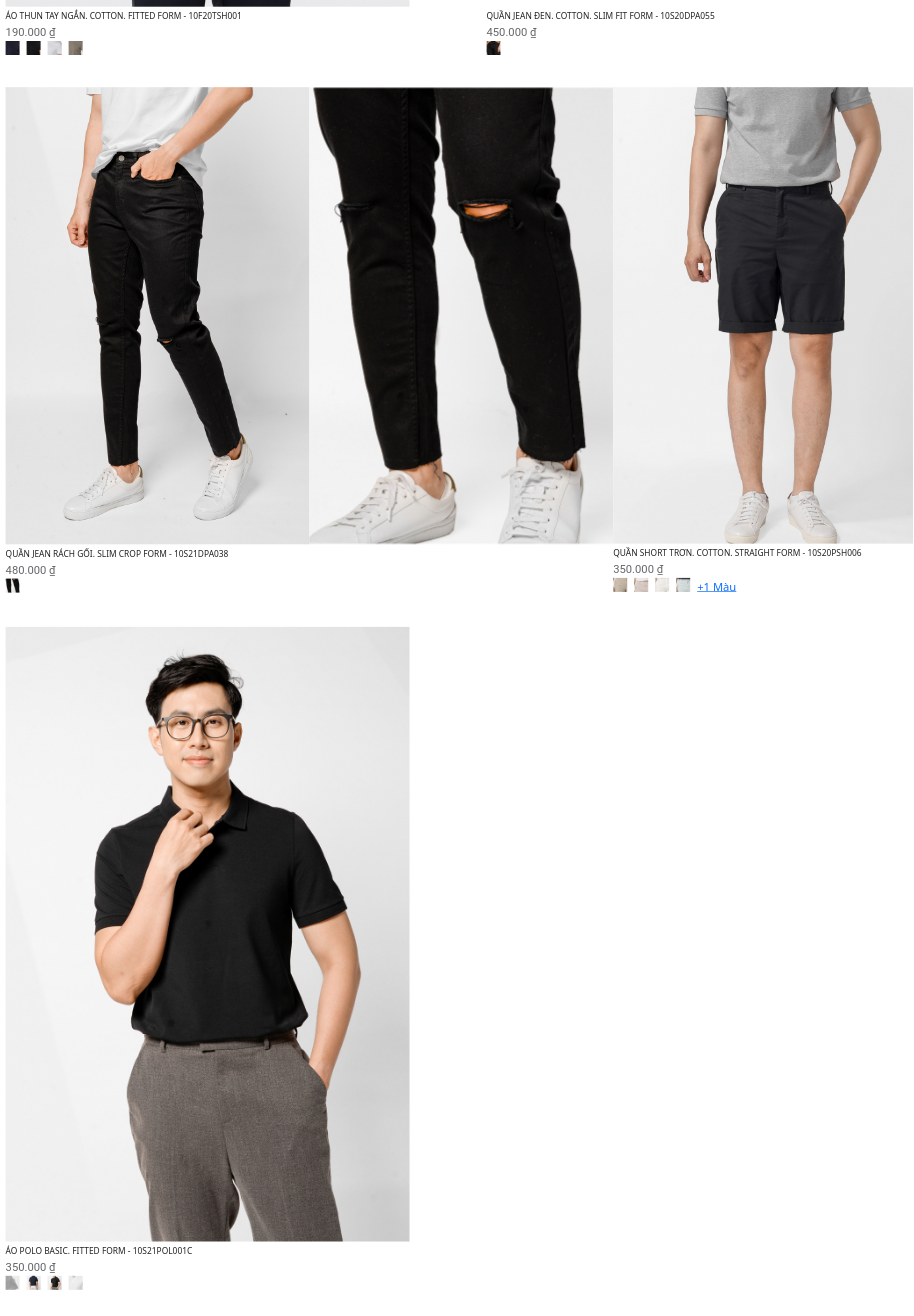
Repository: NguyenQuangQuan021099/FE_Page-Male
Page: Danh sách/page1.html
An editor plug-in stored every save of this project. The page is shown before and after the next save, followed by the edit.
The browser window is 1280 px wide. The page is 1305 px wide, so the pictures cover 1305 px, including what lies to the right of the window. The pictures show the part of the page from y = 3632 to 5512 px (the page is 5512 px tall), at 70% of full size.
Some web libraries are served in a nearby version.

Above is the page before, as saved 2021-07-02 11:42:05.

### Danh sách/page1.html
<!DOCTYPE html>
<html lang="en">
<head>
    <meta charset="UTF-8">
    <meta http-equiv="X-UA-Compatible" content="IE=edge">
    <meta name="viewport" content="width=device-width, initial-scale=1.0">
    <script src="https://kit.fontawesome.com/ce2ff1d6ed.js" crossorigin="anonymous"></script>
    <link href="https://cdn.jsdelivr.net/npm/bootstrap@5.0.1/dist/css/bootstrap.min.css" rel="stylesheet" integrity="sha384-+0n0xVW2eSR5OomGNYDnhzAbDsOXxcvSN1TPprVMTNDbiYZCxYbOOl7+AMvyTG2x" crossorigin="anonymous">
    <link rel="stylesheet" href="page1.css">
    <script src="https://code.jquery.com/jquery-3.6.0.min.js" integrity="sha256-/xUj+3OJU5yExlq6GSYGSHk7tPXikynS7ogEvDej/m4=" crossorigin="anonymous"></script>
    <title>Danh sách - Trang 1</title>
</head>
<body>
    <div class="product">
        <ol class="product product-list-items">

          <li class="product-item">
            <!-- begin quan jean rach -->
                <div class="product__item__info">
                    <a href=""><img src="./img/Quần Jean rách/mausac_mindigo_10f20dpa036__4__83540e42a567450e871f5e54799a25b4_1.jpg" alt="" srcset=""></a>
                    <div class="sub__div">
                        <a href="#" class="content"> Quần Jean rách. SLIM CROP Form - 10F20DPA036</a> <br>
                        <span class="price">480.000&nbsp;₫</span>
                        <div class="mini__img">
                          <a class="img__mini-1"  href="#">
                            <div class="sub__content">
                              M/INDIGO
                            </div>
                          </a>
                        </div>
                      </div>
                </div>
            <!-- end quan jean rach -->
          </li>

          <li class="product-item items">
            <!-- begin quan jean tron -->
                <div class="product__item__info">
                    <a href=""><img  src="./img/Quần Jean trơn/mausac_dgrey_10f20dpa045__3__f96be7eb755242d6a1bf9d6ed867b13b_1.jpg" ></a>
                      <div class="sub__div">
                        <a href="#" class="content"> Quần Jean trơn. SLIM form - 10F20DPA045</a> <br>
                        <span class="price">480.000&nbsp;₫</span>
                        <div class="mini__img">
                          <a class="img__mini-2" href="#">
                            <div class="sub__content">
                              D/GREY
                            </div>
                          </a>
                        </div>
                      </div>
                </div>
            <!-- end quan jean tron -->

            <!-- begin quan vai -->
                <div class="product__item__info">
                    <a href=""><img src="./img/Quần vải/dsc_5138_1.jpg" alt="Quần vải. SLIM CROP form - 10F20PFO024" ></a>
                    <div class="sub__div">
                      <a href="#" class="content"> Quần vải. SLIM CROP form - 10F20PFO024</a> <br>
                      <span class="price">390.000&nbsp;₫</span>
                      <div class="mini__img">
                        <a class="img__mini-3-1" href="#">
                          <div class="sub__content">
                            BLACK
                          </div>
                        </a>
                        <a class="img__mini-3-2" href="#">
                          <div class="sub__content">
                            navy
                          </div>
                        </a>
                      </div>
                    </div>
                </div>
              <!-- end quan vai -->
          </li>

          <li class="product-item items">
              <div class="sub-items">
            <!-- begin quan vai ke soc -->
              <div class="product__item__info">
                <a href="#"><img src="./img/Quần vải kẻ sọc/mausac_black_dsc_7842_a620a9b959f64f32938ab38f368556b1_1.jpg" ></a>
                <div class="sub__div">
                  <a href="#" class="content"> Quần vải kẻ sọc. Rayon. SLIM CROP form - 10S20PFO015 </a> <br>
                  <span class="price">420.000&nbsp;₫</span>
                  <div class="mini__img">
                    <a class="img__mini-4-1" href="#">
                      <div class="sub__content">
                        BLACK BEAUTY
                      </div>
                    </a>
                    <a class="img__mini-4-2" href="#">
                      <div class="sub__content">
                        WREN
                      </div>
                    </a>
                  </div>
                </div>
              </div>
            <!-- end quan vai ke soc -->
            <!-- begin ao polo -->
              <div class="product__item__info">
                <a href="#"><img src="./img/Áo Polo phối màu/10s21pol016.4_1.jpg"  ></a>
                <div class="sub__div">
                  <a href="#" class="content"> Áo polo phối màu, decor Rib. FITTED form - 10S21POL016</a> <br>
                  <span class="price">420.000&nbsp;₫</span>
                  <div class="mini__img">
                    <a class="img__mini-5-1" href="http://google.com">
                      <div class="sub__content">
                        BRIGHT WHITE
                      </div>
                    </a>
                    <a class="img__mini-5-2" href="http://google.com">
                      <div class="sub__content">
                        DARK SAPPHIRE
                      </div>
                    </a>
                  </div>
                </div>
              </div>
            <!-- end ao polo -->
            </div>
            <!-- begin quan vai ke soc -->
            <div class="product__item__info">
              <a href="#"><img  class="image-3" src="./img/Quần vải trơn/dsc_7548_1.jpg" ></a>
              <div class="sub__div">
                <a href="#" class="content"> Quần vải kẻ sọc. Rayon. SLIM CROP form - 10S20PFO015 </a> <br>
                <span class="price">490.000&nbsp;₫</span>
                <div class="mini__img">
                  <a class="img__mini-6-1" href="http://google.com">
                    <div class="sub__content">
                      GREY MELANGE
                    </div>
                  </a>
                  <a class="img__mini-6-2" href="http://google.com">
                    <div class="sub__content">
                      PURPLE BLUE
                    </div>
                  </a>
                  <a class="img__mini-6-3" href="http://google.com">
                    <div class="sub__content">
                      LIGHT GREY
                    </div>
                  </a>
                  <a class="img__mini-6-4" href="http://google.com">
                    <div class="sub__content">
                      BEIGE
                    </div>
                  </a>
                 <div class="show-hide">
                  <a href="#" class="hide">+1 Màu</a>
                  <a class="img__mini-6-5 show" href="http://google.com">
                    <div class="sub__content">
                      BLACK
                    </div>
                  </a>
                 </div>
                </div>
              </div>
            </div>
            <!-- end quan vai ke soc -->
          </li>

          <li class="product-item items">
            <!-- begin ao thun tay ngan -->
            <div class="product__item__info">
            <a href="#"><img  src="./img/Áo thun tay ngắn/10f20tsh001.1_1.jpg" ></a>
            <div class="sub__div">
              <a href="#" class="content"> Áo thun tay ngắn. Cotton. Fitted form - 10F20TSH001 </a> <br>
              <span class="price">190.000&nbsp;₫</span>
              <div class="mini__img">
                <a class="img__mini-7-1" href="http://google.com">
                  <div class="sub__content">
                    NIGHT SKY
                  </div>
                </a>
                <a class="img__mini-7-2" href="http://google.com">
                  <div class="sub__content">
                    REAL BLACK
                  </div>
                </a>
                <a class="img__mini-7-3" href="http://google.com">
                  <div class="sub__content">
                    BRIGHT WHITE
                  </div>
                </a>
                <a class="img__mini-7-4" href="http://google.com">
                  <div class="sub__content">
                    BUNGEE CORD
                  </div>
                </a>
              </div>
            </div>
            </div>
            <!-- end ao thun tay ngan -->

            <!-- begin quan jean den -->
                <div class="product__item__info">
                  <a href="#"><img  src="./img/Quần Jean đen/mausac_black_dsc_0716__2__0ac6d2bbb2a94f2da7f33ce337a26ece_7.jpg" alt="Quần Jean rách. SLIM CROP Form - 10F20DPA036" ></a>
                  <div class="sub__div">
                    <a href="#" class="content"> Quần JEAN đen. COTTON. SLIM FIT form - 10S20DPA055</a> <br>
                    <span class="price">450.000&nbsp;₫</span>
                    <div class="mini__img">
                      <a class="img__mini-8"  href="#">
                        <div class="sub__content">
                          BLACK
                        </div>
                      </a>
                    </div>
                  </div>
                </div>
              <!-- end quan jean den -->
          </li>

          <li class="product-item items">
          <div class="sub-items">
          <!-- begin quan jean rach goi -->
            <div class="product__item__info">
              <a href="#"><img class="img-responsive1" src="./img/Quần jean rách gối/mausac_black_10s21dpa038_1__1.jpg" alt="Quần Jean rách. SLIM CROP Form - 10F20DPA036" ></a>
                <div class="sub__div">
                  <a href="#" class="content"> Quần jean rách gối. SLIM CROP form - 10S21DPA038</a> <br>
                  <span class="price">480.000&nbsp;₫</span>
                  <div class="mini__img">
                    <a class="img__mini-10"  href="#">
                      <div class="sub__content">
                        BLACK
                      </div>
                    </a>
                  </div>
                </div>
            </div>
           <!-- end quan jean rach goi-->

          <div class="sub__image">
            <a href="#"><img src="./img/Quần jean rách gối/mausac_black_10s21dpa038_2__2.jpg"></a>
          </div>
          </div>
          <!-- begin quan soc tron -->
          <div class="product__item__info">
            <a href="#"><img class="image-3" src="./img/Quần short trơn/mausac_black_10s20psh006_2__1.jpg" ></a>
              <div class="sub__div">
                <a href="#" class="content"> Quần short trơn. Cotton. STRAIGHT form - 10S20PSH006</a> <br>
                <span class="price">350.000&nbsp;₫</span>
                <div class="mini__img">
                  <a class="img__mini-9-1" href="http://google.com">
                    <div class="sub__content">
                      TUFFET
                    </div>
                  </a>
                  <a class="img__mini-9-2" href="http://google.com">
                    <div class="sub__content">
                      SHADOWN GREY
                    </div>
                  </a>
                  <a class="img__mini-9-3" href="http://google.com">
                    <div class="sub__content">
                      WHITE
                    </div>
                  </a>
                  <a class="img__mini-9-4" href="#">
                    <div class="sub__content">
                      MICRO CHIP
                    </div>
                  </a>
                <div class="show-hide">
                  <a href="#" class="hide">+1 Màu</a>
                  <a class="img__mini-9-5 show" href="#">
                    <div class="sub__content">
                      BLACK BEAUTY
                    </div>
                  </a>
                </div>
                </div>
              </div>
          </div>
          <!-- end quan soc tron-->
          </li>

          <li class="product-item items">
            <!-- begin ao polo basic -->
            <div class="product__item__info">
              <a href="#"><img  class="img-responsive1 " src="./img/Áo polo basic/mausac_black_10s21pol001c_2__1.jpg" ></a>
              <div class="sub__div">
                <a href="#" class="content"> Áo Polo basic. FITTED form - 10S21POL001C</a> <br>
                <span class="price">350.000&nbsp;₫</span>
                <div class="mini__img">
                  <a class="img__mini-11-1" href="http://google.com">
                    <div class="sub__content">
                      NIGHT SKY
                    </div>
                  </a>
                  <a class="img__mini-11-2" href="http://google.com">
                    <div class="sub__content">
                      REAL BLACK
                    </div>
                  </a>
                  <a class="img__mini-11-3" href="http://google.com">
                    <div class="sub__content">
                      BRIGHT WHITE
                    </div>
                  </a>
                  <a class="img__mini-11-4" href="http://google.com">
                    <div class="sub__content">
                      BUNGEE CORD
                    </div>
                  </a>
                </div>
              </div>
            </div>
            <!-- end ao polo basic -->

            <!-- begin ao polo in soc -->
                <div class="product__item__info">

                </div>
            <!-- end ao polo in soc -->
          </li>
    </ol>
    </div>


    <script src="./page1.js"></script>
    <script src="https://cdn.jsdelivr.net/npm/@popperjs/core@2.9.2/dist/umd/popper.min.js" integrity="sha384-IQsoLXl5PILFhosVNubq5LC7Qb9DXgDA9i+tQ8Zj3iwWAwPtgFTxbJ8NT4GN1R8p" crossorigin="anonymous"></script>
    <script src="https://cdn.jsdelivr.net/npm/bootstrap@5.0.1/dist/js/bootstrap.min.js" integrity="sha384-Atwg2Pkwv9vp0ygtn1JAojH0nYbwNJLPhwyoVbhoPwBhjQPR5VtM2+xf0Uwh9KtT" crossorigin="anonymous"></script>
</body>
</html>

### Danh sách/page1.css
*{
    padding: 0;
    margin: 0;
    box-sizing: border-box ;
}

ol{
    padding-left: 0;
}

.product .product-list-items .product-item{
    width: 100%;
    display: flex;
    justify-content: center;
    margin-bottom: 30px;
}

.product .product-list-items .items{
    display: flex;
    justify-content: space-between;
    padding: 8px;
}

.items img{
    width: 577px;
    height: 878px;
}

.items .sub-items{
    display: flex;
}

.sub-items .product__item__info a img{
    width: 434px;
    height: 653px;
}

.product__item__info a .image-3{
    width: 429px;
    height: 652px;
}

img{
    width: 587px;
    height: 892px;
    margin: auto ;
}

.sub__image a img{
    width: 434px;
    height: 653px;
}

.content{
    color: #222;
    font-weight: 400;
    text-transform: uppercase;
    font-size: 12px;
    text-decoration: none;
}

.price{
    opacity: 0.7;
    font-size: 16px;
    font-family: Roboto;
}

.mini__img{
    display: flex;
    position: relative;
}

.mini__img .img__mini-1, .img__mini-2, .img__mini-3-1,.img__mini-3-2, .img__mini-4-1, .img__mini-4-2,
.img__mini-5-1,.img__mini-5-2, .img__mini-6-1, .img__mini-6-2, .img__mini-6-3, .img__mini-6-4,.img__mini-6-5,
.img__mini-7-1, .img__mini-7-2, .img__mini-7-3, .img__mini-7-4,.img__mini-7-5, .img__mini-8,.img__mini-9-1,
.img__mini-9-2,.img__mini-9-3,.img__mini-9-4,.img__mini-9-5,.img__mini-10,.img__mini-11-1,.img__mini-11-2,.img__mini-11-3,
.img__mini-11-4, .img__mini-12-1, .img__mini-12-2{
    width: 20px;
    height: 20px;
    background-size: initial;
}


.mini__img .img__mini-1{
    background: url(./img/10f20dpa036.3_1_1.jpg) center no-repeat;
}

.mini__img .img__mini-2{
    background: url(./img/_dsc9170_1.jpg) no-repeat center;
}

.mini__img .img__mini-3-1 {
    background: url(./img/dsc_5136_1_1_1.jpg) no-repeat center;
}

.mini__img .img__mini-3-2{
    background: url(./img/dsc_5167_1.jpg) no-repeat center;
    margin-left: 10px;
}

.mini__img .img__mini-4-1{
    background: url(./img/10s20pfo015_w_1_1.jpg) no-repeat center;
}

.mini__img .img__mini-4-2{
    background: url(./img/10s20pfo015b_1.jpg) no-repeat center;
    margin-left: 10px;
}

.mini__img .img__mini-5-1{
    background: url(./img/10s21pol016.6_1_1.jpg) no-repeat center;
}

.mini__img .img__mini-5-2{
    background: url(./img/n6_2_1.jpg) no-repeat center;
    margin-left: 10px;
}

.mini__img .img__mini-6-1{
    background: url(./img/cheo_19_1_16.png) no-repeat center;
}

.mini__img .img__mini-6-2{
    background: url(./img/dsc_7571_1.jpg) no-repeat center;
    margin-left: 10px;
}

.mini__img .img__mini-6-3{
    background: url(./img/cheo_20_1_5.png) no-repeat center;
    margin-left: 10px;
}

.mini__img .img__mini-6-4{
    background: url(./img/dsc_7554_2.jpg) no-repeat center;
    margin-left: 10px;
}

.mini__img .img__mini-6-5{
    background: url(./img/dsc_7585_1.jpg) no-repeat center;
    margin-left: 10px;
}

.mini__img .img__mini-7-1{
    background: url(./img/10f20tsh001.14_2_1.jpg) no-repeat center;
}

.mini__img .img__mini-7-2{
    background: url(./img/10f20tsh001.10_2_1.jpg) no-repeat center;
    margin-left: 10px;
}

.mini__img .img__mini-7-3{
    background: url(./img/10f20tsh001.2_2_1.jpg) no-repeat center;
    margin-left: 10px;
}

.mini__img .img__mini-7-4{
    background: url(./img/10f20tsh001.6_2_1.jpg) no-repeat center;
    margin-left: 10px;
}

.mini__img .img__mini-8{
    background: url(./img/10s20dpa055_01_1_1.jpg) no-repeat center;
}

.mini__img .img__mini-9-1{
    background: url(./img/mausac_micro_10s20psh006_6__1_1.jpg) no-repeat center;
}

.mini__img .img__mini-9-2{
    background: url(./img/mausac_tuffet_10s20psh006_5__1_1_1.jpg) no-repeat center;
    margin-left: 10px;
}

.mini__img .img__mini-9-3{
    background: url(./img/mausac_white_10s20psh006_6__1_1.jpg) no-repeat center;
    margin-left: 10px;
}

.mini__img .img__mini-9-4{
    background: url(./img/mausac_grey_10s20psh006_5__1_1_1.jpg) no-repeat center;
    margin-left: 10px;
}

.mini__img .img__mini-9-5{
    background: url(./img/mausac_black_10s20psh006_5__2_1.jpg) no-repeat center;
    margin-left: 10px;
}

.mini__img .img__mini-10{
    background: url(./img/mausac_black_10s21dpa038_2__1_1.jpg) no-repeat center;
}

.mini__img .img__mini-11-1{
    background: url(./img/mausac_grey_10s21pol001c_5__1_1.jpg) no-repeat center;
}

.mini__img .img__mini-11-2{
    background: url(./img/mausac_sky_10s21pol001c_4__1_1.jpg) no-repeat center;
    margin-left: 10px;
}

.mini__img .img__mini-11-3{
    background: url(./img/mausac_black_10s21pol001c_1__1_1.jpg) no-repeat center;
    margin-left: 10px;
}

.mini__img .img__mini-11-4{
    background: url(./img/mausac_white_10s21pol001c_3__1_1.jpg) no-repeat center;
    margin-left: 10px;
}

.mini__img .img__mini-12-1{
    background: url(./img/mausac_black_10s21pol001c_1__1_1.jpg) no-repeat center;
}

.mini__img .img__mini-12-2{
    background: url(./img/mausac_urban_10s21pol003_1__1_1.jpg) no-repeat center;
    margin-left: 10px;
}

.mini__img a .sub__content{
    width: 154px;
    height: 40px;
    text-align: center;
    border-radius: 3px;
    border: 1px solid black;
    color: black;
    padding: 15px;
    display: none;
    position: absolute;
    bottom: 25px;
    background-color: white;
    line-height: 4px;
}
.mini__img a:hover{
    border: 1px solid black;
}

.mini__img a:hover .sub__content{
    display: block;
}

.hide{
    text-decoration: underline;
    border-style: none;
    margin-left: 10px;
}

.pagination{
    display: block;
}

.pagination ul{
    display: flex;
    justify-content: center;
}
.pagination ul li{
    list-style: none;
    width: 30px;
    height: 30px;
    font-size: 18px;
    color: #707070;
    margin: 12px 6px;
    text-align: center;
}

.pagination ul .item__current a{
    color: black;
}

.pagination ul li:hover a{
    background-color: #ccc;
    border-radius: 2px;
    padding: 6px 12px;
}

.list-group .active{
    background-color: #fff;
    border-style: none;
    color:black ;
}

.reset-close{
    padding: 20px 0;
    display: flex;
    justify-content: space-between;
}
.reset-close .close, .reset{
    font-size: 18px;
    margin: 0 30px;
    border-style: none;
    background-color: #fff
}

.list-select{
    width: 25.8%;
    position: fixed;
    top: 0;
    display: none;
    right: 0;
    top: -10px;
    z-index: 2;
    background-color: #fff;
    border: 1px solid #fbfbfb;
}

.list-group-item-action:hover{
    background-color: #fff;
}

.list-select button{
   font-size: 18px;
}

.btn__item{
    padding-left: 30px;
}

.list-group .item__male ul li{
    list-style: none;
    padding-top: 8px;
}


.filter-option button .icon{
    display: inline;
    margin-left: 245px;
}

.filter-option button .icon .icon-1{
    display: none;
}



@keyframes mymove{
    0%{
        right: -100%;
    }
    100%{
        right: 0;
    }
}

### Danh sách/page1.js

$('.show-hide').on("click", function(e){
    $(this).find('.hide').css("display", "none");
    $(this).find('.show').css("display", "block");
    e.preventDefault();
})

After the next save:
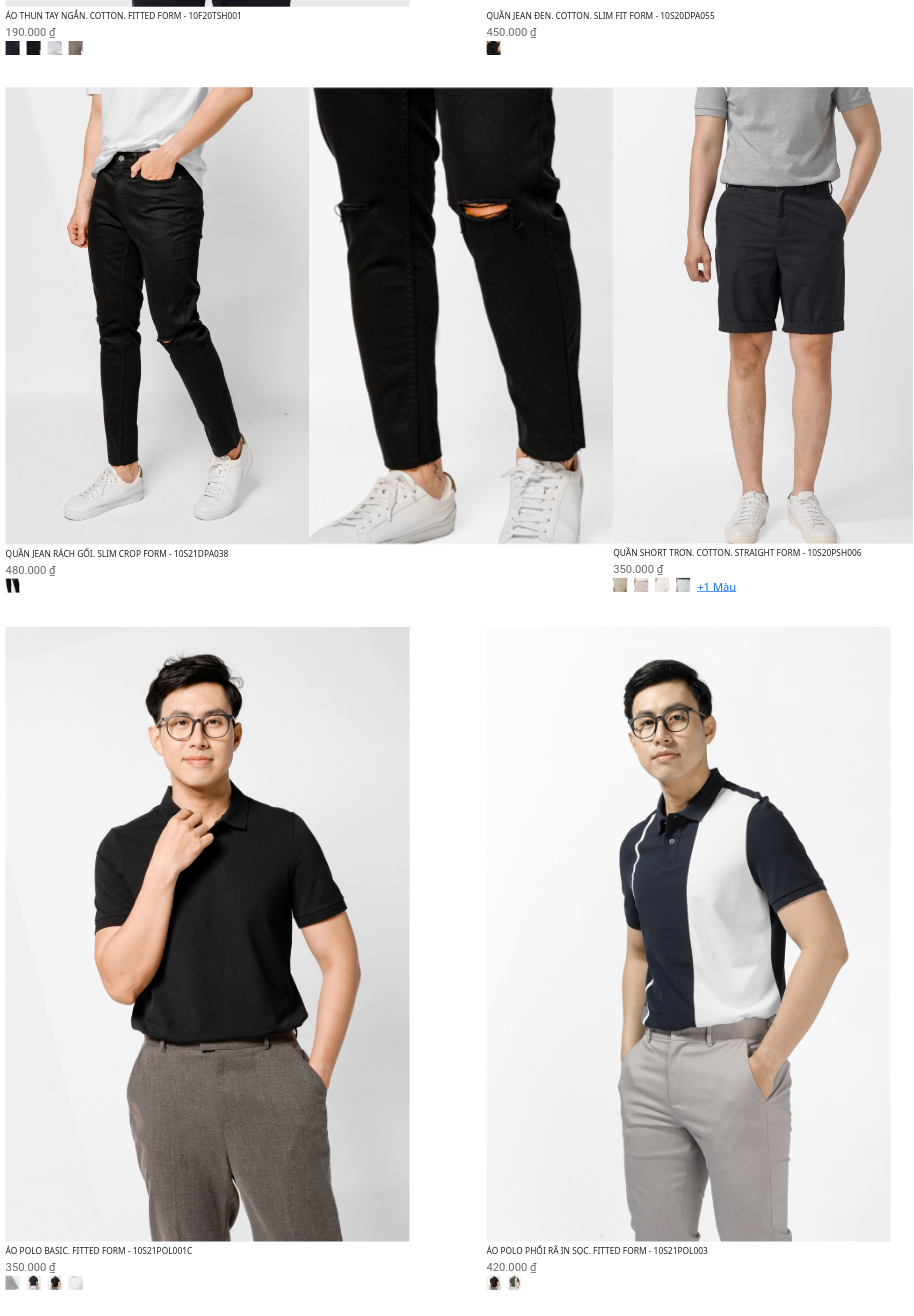
Saved 26 s later.
--- a/Danh sách/page1.html
+++ b/Danh sách/page1.html
@@ -310,7 +310,23 @@
 
             <!-- begin ao polo in soc -->
                 <div class="product__item__info">
-
+                  <a href="#"><img  class="img-responsive1 " src="./img/Áo polo in sọc/mausac_dark_10s21pol003_2__1.jpg"  ></a>
+                  <div class="sub__div">
+                    <a href="#" class="content"> Áo Polo phối rã in sọc. FITTED form - 10S21POL003</a> <br>
+                    <span class="price">420.000&nbsp;₫</span>
+                    <div class="mini__img">
+                      <a class="img__mini-12-1" href="http://google.com">
+                        <div class="sub__content">
+                          DARK SAPPHIRE
+                        </div>
+                      </a>
+                      <a class="img__mini-12-2" href="http://google.com">
+                        <div class="sub__content">
+                          URBAN CHIC
+                        </div>
+                      </a>
+                    </div>
+                  </div>
                 </div>
             <!-- end ao polo in soc -->
           </li>
